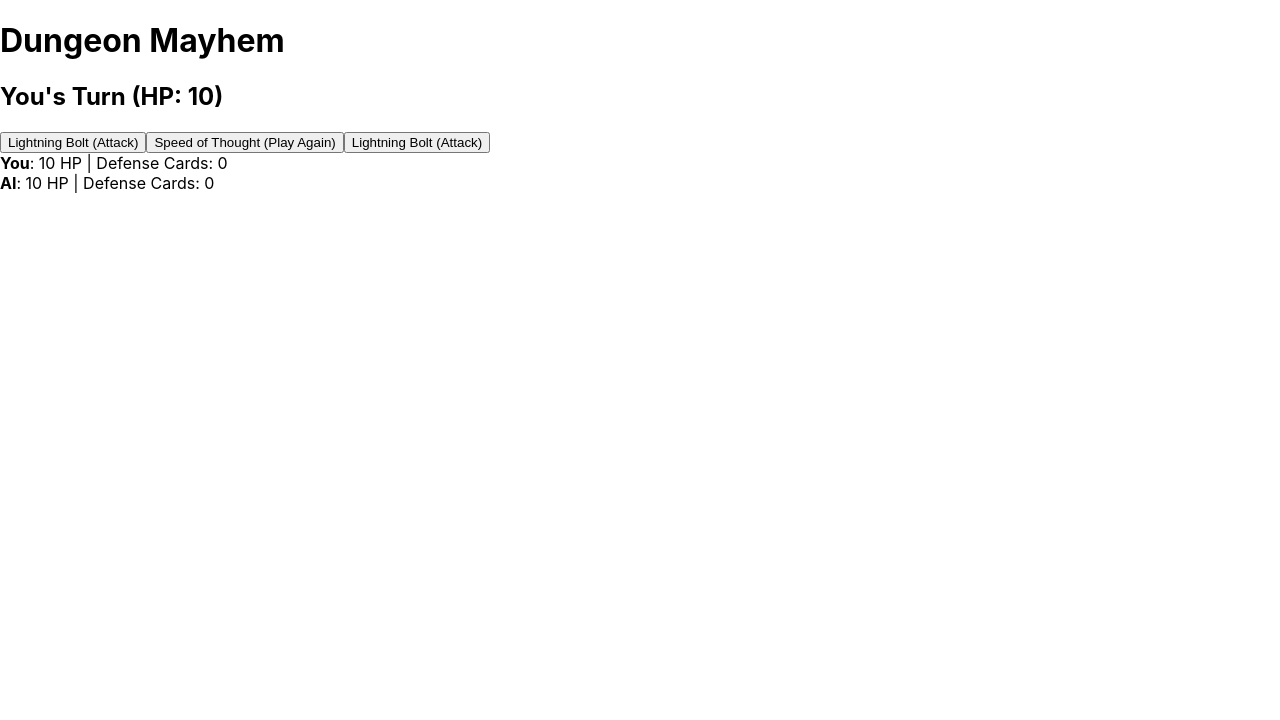
Repository: akhilsabuv/dungeon
Page: /
An editor plug-in stored every save of this project. The page is shown before and after the next save, followed by the edit.
The browser window is 1280 px wide. The pictures show the whole page.
The project was rebuilt for these pictures with package versions that can differ from the ones it lists, and the page was loaded fresh each time.

Above is the page before, as saved 2025-04-29 23:51:32.

After the next save:
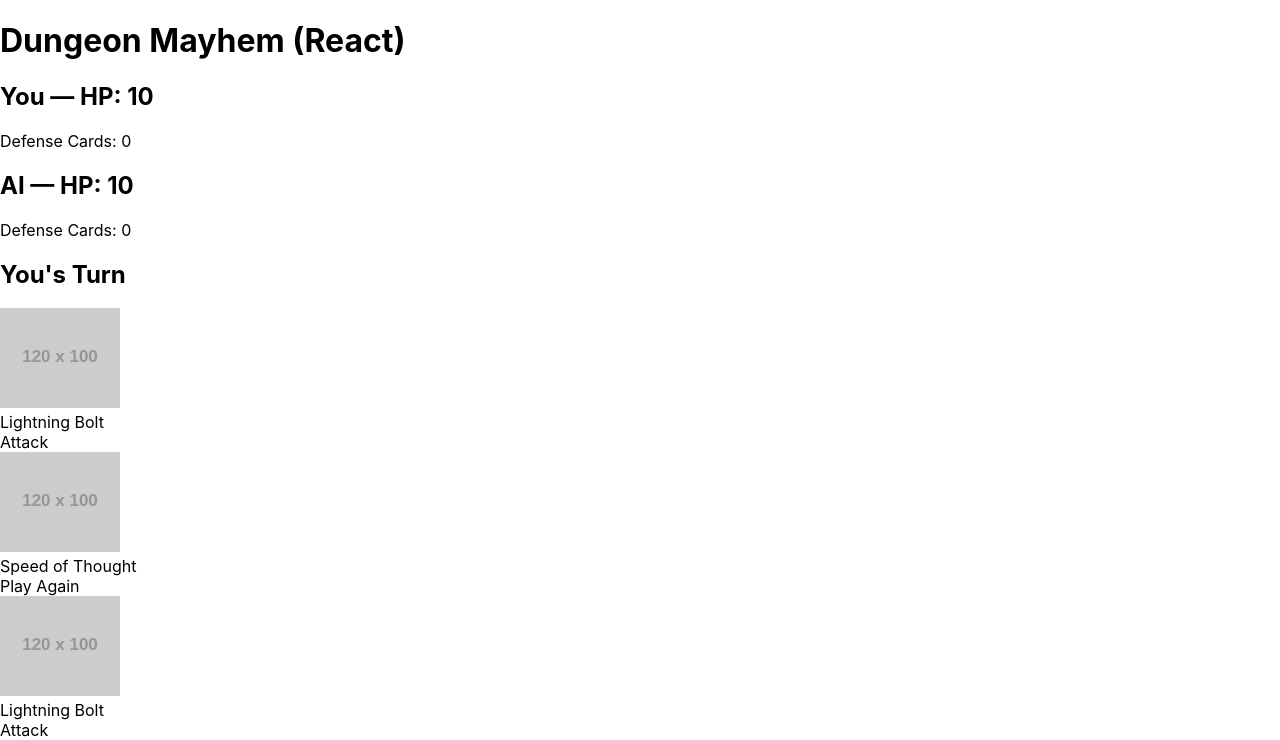
Saved 6 min 41 s later.
--- a/src/GameBoard.js
+++ b/src/GameBoard.js
@@ -88,28 +88,37 @@
   const current = players[currentPlayerIndex];
 
   return (
-    <div className="p-4">
-      <h1 className="text-2xl font-bold">Dungeon Mayhem</h1>
-      <div className="my-4">
-        <h2 className="text-xl">{current.name}'s Turn (HP: {current.hp})</h2>
-        <div className="flex gap-2 mt-2">
+    <div className="p-4 bg-gray-100 min-h-screen">
+      <h1 className="text-2xl font-bold mb-4 text-center">Dungeon Mayhem (React)</h1>
+
+      <div className="grid grid-cols-2 gap-6">
+        {players.map((p, i) => (
+          <div key={i} className="bg-white rounded-xl p-4 shadow border">
+            <h2 className="text-xl font-semibold">{p.name} — HP: {p.hp}</h2>
+            <div className="mt-2 text-sm text-gray-600">Defense Cards: {p.defenseCards.length}</div>
+          </div>
+        ))}
+      </div>
+
+      <div className="mt-8">
+        <h2 className="text-lg font-bold mb-2">{current.name}'s Turn</h2>
+        <div className="flex flex-wrap gap-4">
           {current.hand.map((card, i) => (
-            <button
+            <div
               key={i}
-              className="p-2 border rounded bg-white shadow"
               onClick={() => playCard(i)}
+              className="w-[150px] h-[220px] bg-white rounded-xl shadow-md hover:shadow-xl cursor-pointer border flex flex-col items-center p-2"
             >
-              {card.name} ({card.type})
-            </button>
+              <img
+                src={`https://via.placeholder.com/120x100?text=${encodeURIComponent(card.name)}`}
+                alt={card.name}
+                className="w-[120px] h-[100px] object-cover rounded"
+              />
+              <div className="text-sm font-semibold mt-2">{card.name}</div>
+              <div className="text-xs text-gray-500">{card.type}</div>
+            </div>
           ))}
         </div>
-      </div>
-      <div className="mt-6">
-        {players.map((p, i) => (
-          <div key={i} className="mt-2">
-            <strong>{p.name}</strong>: {p.hp} HP | Defense Cards: {p.defenseCards.length}
-          </div>
-        ))}
       </div>
     </div>
   );
